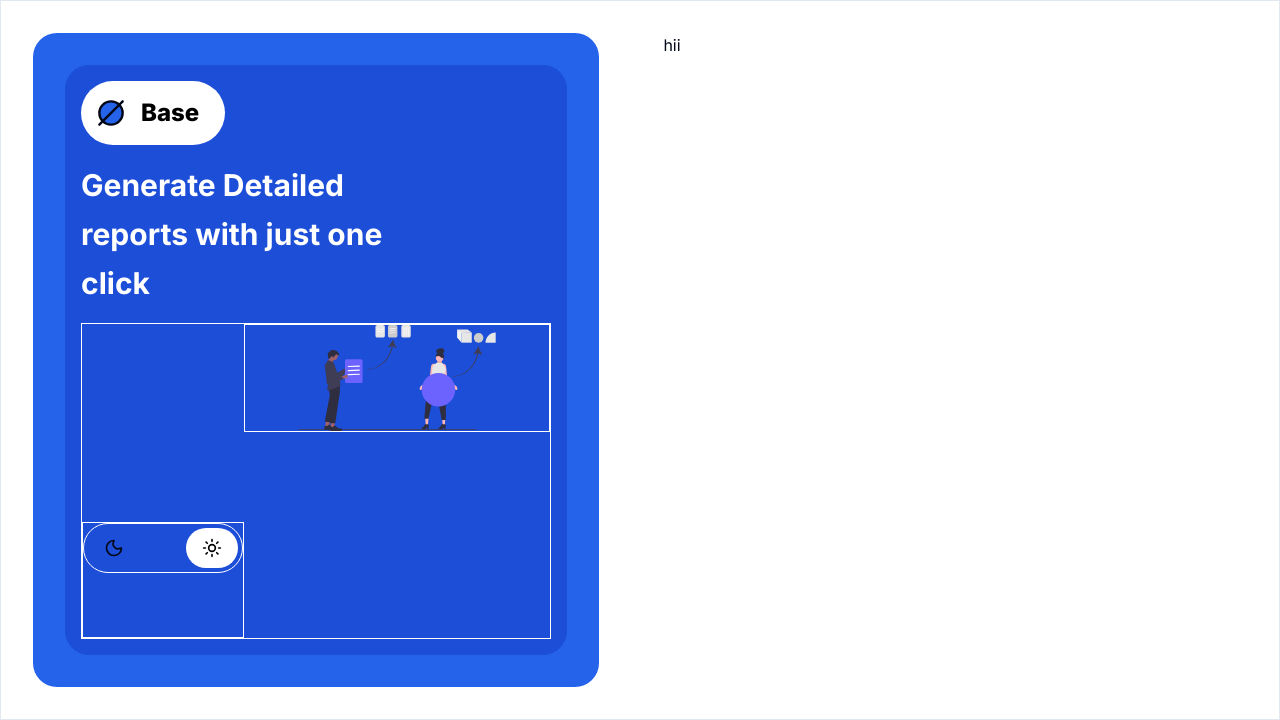
Repository: Hardyy00/openinapp_assignment
Page: /
An editor plug-in stored every save of this project. The page is shown before and after the next save, followed by the edit.
The browser window is 1280 px wide. The pictures show the whole page.
The project was rebuilt for these pictures with package versions that can differ from the ones it lists, and the page was loaded fresh each time. The framework's server and built-in components were replaced by stand-ins that run in the browser. Also part of the build but not shown: next.config.mjs.

Above is the page before, as saved 2024-08-23 15:35:47.

After the next save:
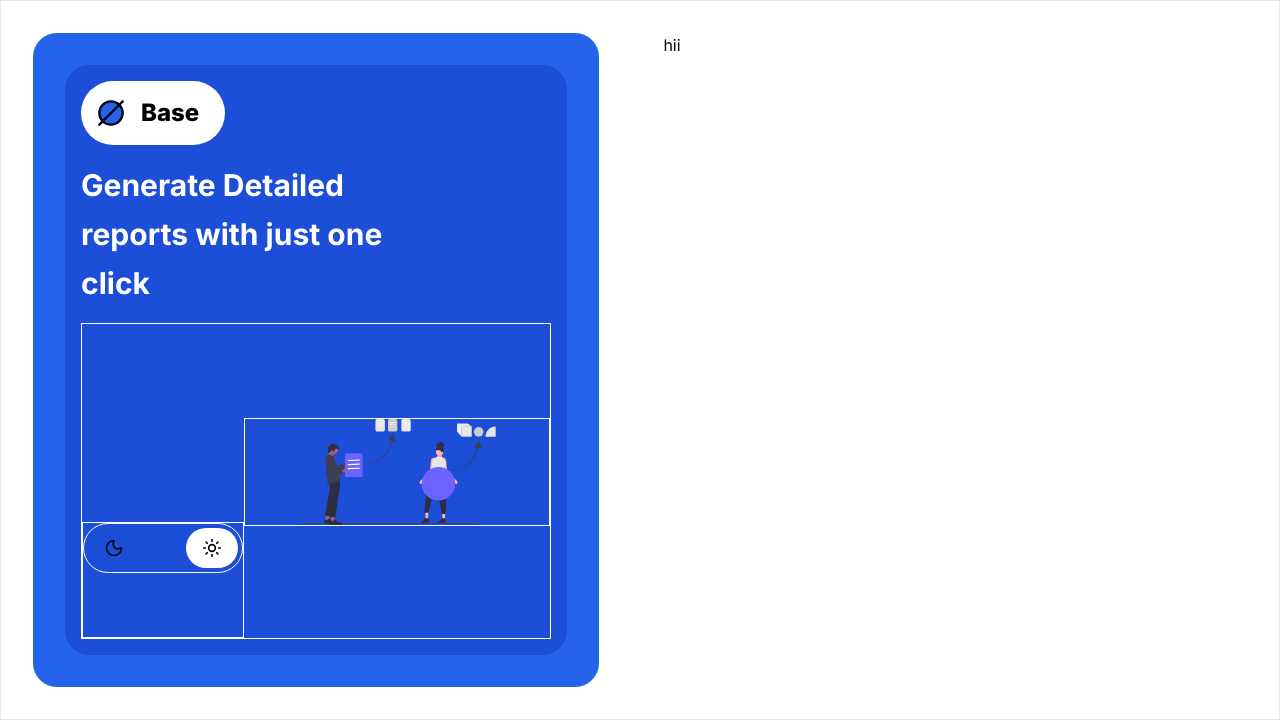
Saved 12 s later.
--- a/app/(auth)/layout.tsx
+++ b/app/(auth)/layout.tsx
@@ -23,7 +23,7 @@ export default function Layout({ children }: { children: React.ReactNode }) {
               <div className="flex-[0.3] self-end pb-16 border border-white">
                 <ThemeToggle />
               </div>
-              <div className="flex-1 h-[70%]">
+              <div className="flex-1 h-[70%] self-end">
                 <div className="h-[70%]">
                   <div className="border border-white relative h-[70%] ">
                     <Image src={"/auth.svg"} fill alt="svg" />
